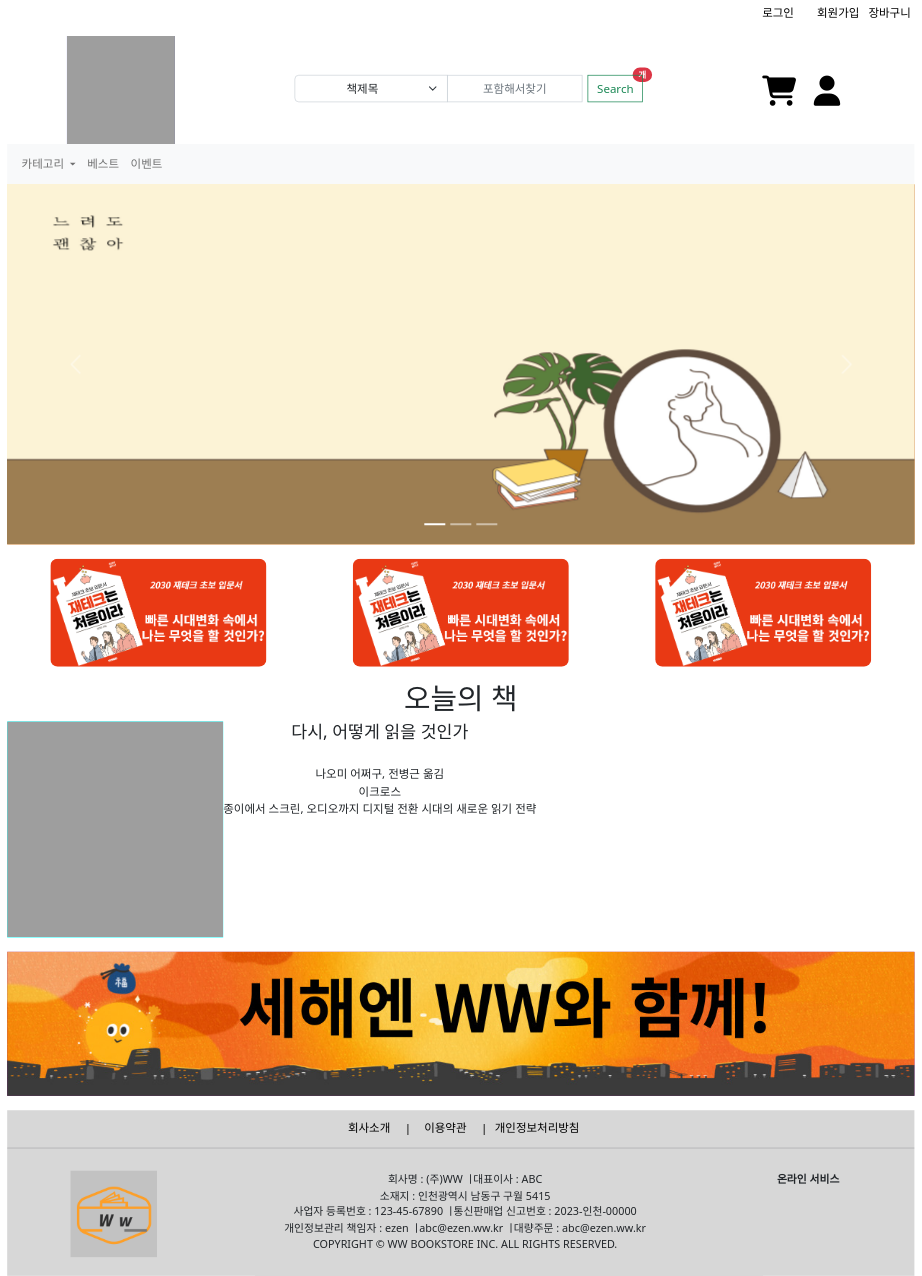
Repository: bongbongi/book1
Page: http://localhost/book/WEB-INF/views/home.jsp
An editor plug-in stored every save of this project. The page is shown before and after the next save, followed by the edit.
The browser window is 1280 px wide. The pictures show the whole page, at 72% of full size.
Pictures or frames that could not be fetched are drawn as grey boxes. Some web libraries are served in a nearby version. The page is served by Tomcat 9. Nobody is signed in. Other server files are loaded and not shown. The template is opened directly, without the code that normally fills it, so the values that code supplies are empty.

Above is the page before, as saved 2023-01-11 08:59:27.

### book/src/main/webapp/WEB-INF/views/home.jsp
<%@ page language="java" contentType="text/html; charset=UTF-8"
	pageEncoding="UTF-8"%>
<%@ taglib uri="http://java.sun.com/jsp/jstl/core" prefix="c"%>
<%@ page import="java.net.URLEncoder"%>
<%@ page import="java.net.URL"%>
<%@ page import="java.net.HttpURLConnection"%>
<%@ page import="java.io.BufferedReader"%>
<%@ page import="java.io.InputStreamReader"%>

<html>
<!-- CSS only -->
<link
	href="https://cdn.jsdelivr.net/npm/bootstrap@5.2.2/dist/css/bootstrap.min.css"
	rel="stylesheet"
	integrity="sha384-Zenh87qX5JnK2Jl0vWa8Ck2rdkQ2Bzep5IDxbcnCeuOxjzrPF/et3URy9Bv1WTRi"
	crossorigin="anonymous">
<!-- JavaScript Bundle with Popper -->
<script
	src="https://cdn.jsdelivr.net/npm/bootstrap@5.2.2/dist/js/bootstrap.bundle.min.js"
	integrity="sha384-OERcA2EqjJCMA+/3y+gxIOqMEjwtxJY7qPCqsdltbNJuaOe923+mo//f6V8Qbsw3"
	crossorigin="anonymous"></script>
<script src="https://kit.fontawesome.com/92e616dfba.js" crossorigin="anonymous"></script>
<meta charset="UTF-8">
<head>
<title>Home</title>
<style>
* {
	text-align: center;
}

.home_main {
	margin:0 auto;
	width: 1260px;
}

body {


}

.slide {
	background-color: peru;
	margin: 0 auto;
	width: 1260px;
	height: 500px;
}

.todayBookImg {
	width: 300px;
	height: 300px;
	background-color: aqua;
}

.todayBookImg>img {
	width: 300px;
	height: 300px;
}

.todayBook {
	margin: 20px 0;
}

.todayBookIntroduce {
	margin: 0 auto;
	display: flex;
}

.Best_item {
	width: 230px;
	height: 310px;
	/* background-color: antiquewhite; */
	display: inline-block;
	vertical-align: top;
	margin-right: 10px;
	margin-bottom: 50px;

	border:1px solid darkgray;
	border-radius: 20px;
}

.img_box {
	width: 220px;
	height: 200px;
	/* background-color: lightgray; */
	margin: 5px;
}
.book_img{
	width: 180px;
	height: 200px;
}
.main_book_header{
	font-size:16px;
}
.main_book_writer{
	font-size:10px;
}

.BestSellerList {
	list-style: none;

	padding:0px;
	/* display: -moz-inline-box; */
}

.BestSellerList:nth-last-child(-n+5) {
	margin-top: 50px;
}

.bestSeller {
	/* display: flex; */

}

.d-block {
	height: 500px;
}
.rank>i{
	margin:5px;
	padding:0;

	text-align: center;
 /* 	text-align: left; */
}
.fa-1{
 font-size:15px;
 	margin-left:8px;
}
.foot-ad{
	background-color: purple;
	height: 200px;
	margin: 20px 0px;
}
.foot-ad>a>img{
	height: 200px;
}
.ad-one{
	margin: 20px 0;
	height: 150px;
	display: flex;
	justify-content: space-around;
}

.ad_mini{
	width: 300px;
	height:150px;
}
.ad_mini>a>img{
	border-radius: 10px;
	width: 300px;
	height:150px;

}
</style>
</head>
<body>
	<jsp:include page="./layout/header.jsp"></jsp:include>


	<div class="home_main">
		<nav class="navbar navbar-expand-lg bg-light">
			<div class="container-fluid">
				<!-- <a class="navbar-brand" href="#">Navbar</a> -->
				<button class="navbar-toggler" type="button"
					data-bs-toggle="collapse" data-bs-target="#navbarSupportedContent"
					aria-controls="navbarSupportedContent" aria-expanded="false"
					aria-label="Toggle navigation">
					<span class="navbar-toggler-icon"></span>
				</button>
				<div class="collapse navbar-collapse" id="navbarSupportedContent">
					<ul class="navbar-nav me-auto mb-2 mb-lg-0">
						<!-- <li class="nav-item">
                <a class="nav-link active" aria-current="page" href="#">이벤트</a>
              </li> -->
						<li class="nav-item dropdown"><a
							class="nav-link dropdown-toggle" href="#" role="button"
							data-bs-toggle="dropdown" aria-expanded="false"> 카테고리 </a>
							<ul class="dropdown-menu">
								<li><a class="dropdown-item" href="/novel">소설</a></li>
								<li><a class="dropdown-item" href="/essay">에세이</a></li>

								<li><hr class="dropdown-divider"></li>
								<li><a class="dropdown-item" href="/problem">문제집</a></li>
							</ul></li>
						<li class="nav-item"><a class="nav-link" href="/">베스트</a></li>
						<li class="nav-item"><a class="nav-link" href="#">이벤트</a></li>
					</ul>
				</div>
			</div>
		</nav>
		<div class="slide">
         <div id="carouselExampleCaptions" class="carousel slide"
            data-bs-ride="false">
            <div class="carousel-indicators">
               <button type="button" data-bs-target="#carouselExampleCaptions"
                  data-bs-slide-to="0" class="active" aria-current="true"
                  aria-label="Slide 1"></button>
               <button type="button" data-bs-target="#carouselExampleCaptions"
                  data-bs-slide-to="1" aria-label="Slide 2"></button>
               <button type="button" data-bs-target="#carouselExampleCaptions"
                  data-bs-slide-to="2" aria-label="Slide 3"></button>
            </div>
            <div class="carousel-inner">
               <div class="carousel-item active">
                  <img
                     src="../resources/img/main-slide-ad1.jpg"
                     class="d-block w-100" alt="...">
               </div>
               <div class="carousel-item">
                  <img
                     src="../resources/img/main-slide-ad2.jpg"
                     class="d-block w-100" alt="...">
               </div>
               <div class="carousel-item">
                  <img
                     src="../resources/img/main-slide-ad3.jpg"
                     class="d-block w-100" alt="...">
               </div>
            </div>
            <button class="carousel-control-prev" type="button"
               data-bs-target="#carouselExampleCaptions" data-bs-slide="prev">
               <span class="carousel-control-prev-icon" aria-hidden="true"></span>
               <span class="visually-hidden">Previous</span>
            </button>
            <button class="carousel-control-next" type="button"
               data-bs-target="#carouselExampleCaptions" data-bs-slide="next">
               <span class="carousel-control-next-icon" aria-hidden="true"></span>
               <span class="visually-hidden">Next</span>
            </button>
         </div>
      </div>

      <div class="ad-one">
         <div class="ad_mini">
            <a href="#">
               <img src="../resources/img/mini-ad1.jpg">
            </a>
         </div>
         <div class="ad_mini">
            <a href="#">
               <img src="../resources/img/mini-ad1.jpg">
            </a>
         </div>
         <div class="ad_mini">
            <a href="#">
               <img src="../resources/img/mini-ad1.jpg">
            </a>
         </div>
      </div>
      <c:choose>
      <c:when test="${content eq 'main'}">
      <div class="hidden">
      <h1>베스트 셀러</h1>
      <div class="BestSeller">
         <ul class="BestSellerList">
         <c:forEach items="${book_list}" var="list" begin="1" end="10">
            <li class="Best_item">
               <div class="rank">
                  <i class="fa-solid fa-1"></i>
               </div>
               <div class="img_box">
                  <a href="#">
                     <img class="book_img" src="${list.book_image}">
                  </a>
               </div>
               <div class="info_box">
                  <span class="main_book_header">${list.book_title}</span>
                  <Br>
                  <span class="main_book_writer">${list.book_writer} : ${list.book_publisher}</span>
               </div>
            </li>
         </c:forEach>
         </ul>
      </div>
      </div>
      </c:when>

      <c:when test="${content eq 'novel'}">

      <div class="hidden">
      <h1>소설 top10</h1>
      <div class="BestSeller">
         <ul class="BestSellerList">
         <c:forEach items="${book_list}" var="list" begin="1" end="10">
            <li class="Best_item">
               <div class="rank">
                  <i class="fa-solid fa-1"></i>
               </div>
               <div class="img_box">
                  <a href="#">
                     <img class="book_img" src="${list.book_image}">
                  </a>
               </div>
               <div class="info_box">
                  <span class="main_book_header">${list.book_title}</span>
                  <Br>
                  <span class="main_book_writer">${list.book_writer} : ${list.book_publisher}</span>
               </div>
            </li>
         </c:forEach>

         </ul>


      </div>
      </div>

      </c:when>
      <c:when test="${content eq 'essay'}">

      <div class="hidden">
      <h1>essay top10</h1>
      <div class="BestSeller">
         <ul class="BestSellerList">
         <c:forEach items="${book_list}" var="list" begin="1" end="10">
            <li class="Best_item">
               <div class="rank">
                  <i class="fa-solid fa-1"></i>
               </div>
               <div class="img_box">
                  <a href="#">
                     <img class="book_img" src="${list.book_image}">
                  </a>
               </div>
               <div class="info_box">
                  <span class="main_book_header">${list.book_title}</span>
                  <Br>
                  <span class="main_book_writer">${list.book_writer} : ${list.book_publisher}</span>
               </div>
            </li>
         </c:forEach>

         </ul>


      </div>
      </div>

      </c:when>
      <c:when test="${content eq 'problem'}">

      <div class="hidden">
      <h1>문제집 top10</h1>
      <div class="BestSeller">
         <ul class="BestSellerList">
         <c:forEach items="${book_list}" var="list" begin="1" end="10">
            <li class="Best_item">
               <div class="rank">
                  <i class="fa-solid fa-1"></i>
               </div>
               <div class="img_box">
                  <a href="#">
                     <img class="book_img" src="${list.book_image}">
                  </a>
               </div>
               <div class="info_box">
                  <span class="main_book_header">${list.book_title}</span>
                  <Br>
                  <span class="main_book_writer">${list.book_writer} : ${list.book_publisher}</span>
               </div>
            </li>
         </c:forEach>
      </div>

         </ul>


      </div>

      </c:when>

      </c:choose>
      <div class="todayBook">
         <h1>오늘의 책</h1>
         <div class="todayBookIntroduce">
            <div class="todayBookImg">
               <img
                  src="https://contents.kyobobook.co.kr/sih/fit-in/458x0/pdt/9791167740847.jpg">
            </div>
            <div>
               <h4>다시, 어떻게 읽을 것인가</h4><br>
               <span>나오미 어쩌구, 전병근 옮김</span><br>
               <span>이크로스</span><br>
               <span>
                  종이에서 스크린, 오디오까지 디지털 전환 시대의 새로운 읽기 전략
               </span><br>

            </div>
         </div>
      </div>
      <!-- 광고 -->
      <div class="foot-ad">
         <a href="#">
            <img src="../resources/img/newYearAD.jpg">
         </a>
      </div>
   </div>
   <jsp:include page="./layout/footer.jsp"></jsp:include>
</body>
</html>

### book/src/main/webapp/WEB-INF/views/layout/header.jsp
<%@ page language="java" contentType="text/html; charset=UTF-8" pageEncoding="UTF-8"%>
<%@ taglib uri="http://java.sun.com/jsp/jstl/core" prefix="c"%>
<link href="https://cdn.jsdelivr.net/npm/bootstrap@5.2.2/dist/css/bootstrap.min.css" rel="stylesheet" integrity="sha384-Zenh87qX5JnK2Jl0vWa8Ck2rdkQ2Bzep5IDxbcnCeuOxjzrPF/et3URy9Bv1WTRi" crossorigin="anonymous">
<script src="https://kit.fontawesome.com/92e616dfba.js" crossorigin="anonymous"></script>
<meta charset="UTF-8">
<!DOCTYPE html>
<html>
<head>
<style>
.header {
   margin: 0 auto;
   width: 1260px;
   height: 200px;
}

.menu {
   display: flex;
   justify-content: flex-end;
   padding: 5px;
}

.logo {
   width: 150px;
   height: 150px;
   background-color: blue;
}

.logo>a>img {
   width: 150px;
   height: 150px;
}

.searchBar {
   /* position:absolute; */
   width: 484px;
   height: 42px;
   /* background-color: gold; */
   margin-top: 54px;
   border-radius: 30px;
}

.bar {
   height: 150px;
   display: flex;
   flex-direction: row;
   flex-wrap: nowrap;
   justify-content: space-around;
   /*    align-items: baseline; */
}

.icons>a>i {
   font-size: 42px;
   color: black;
   margin-top: 54px;
   margin-right: 20px;
}
</style>
</head>
<body>
   <div class="header">
      <div class="menu">
         <c:if test="${ses.mem_id ==null}">
            <ul>
               <a href="/mem/loginPage">로그인</a>
            </ul>
            <ul>
               <a href="/mem/joinPage">회원가입</a>
            </ul>
         </c:if>
         <c:if test="${ses.mem_auth == '0' }">
            <ul>
               <a href="/mem/logOut">로그아웃</a>
            </ul>
            <ul>
               <a href="/mem/adminPage">관리인페이지</a>
            </ul>
         </c:if>
         <c:if test="${ses.mem_id !=null && ses.mem_auth !='0' }">
            <ul>
               <a href="/mem/logOut">로그아웃</a>
            </ul>
            <ul>
               <a href="/mem/mypage">마이페이지</a>
            </ul>
         </c:if>
         <%-- <ul>
            <a href="/cart/cartdetail?mem_num=${ses.mem_num}">장바구니</a>
         </ul> --%>
         <c:if test="${ses.mem_id !=null}">
         <ul>
            <a href="/cart/cartdetail?mem_num=${ses.mem_num}">장바구니</a>
         </ul>
         </c:if>
         <c:if test="${ses.mem_id == null}">
               <a href="/mem/loginPage" onclick="gologin(event)">&nbsp&nbsp&nbsp장바구니</a>
         </c:if>
      </div>
      <div class="bar">
         <div class="logo">
            <a href="/"><img src="/resources/img/logo.jpg" alt="로고"></a>
         </div>
         <div class="searchBar">
            <form action="/book/search" class="d-flex" role="search" method="get">
               <div class="input-group mb-3">
                  <!-- 값을 별도 저장 -->
                  <c:set value="${pgh.pgvo.type}" var="typed" />
                  <select class="form-select" name="type">
                     <option value="t" ${typed eq 't' ? 'selected' :'' }>책제목</option>
                     <option value="c" ${typed eq 'c' ? 'selected' :'' }>작가이름</option>
                     <option value="w" ${typed eq 'w' ? 'selected' :'' }>출판사</option>
                  </select> <input class="form-control me-2" type="text" name="keyword" placeholder="포함해서찾기"> <input type="hidden" name="pageNo" value="1"> <input type="hidden" name="qty" value="10">
                  <button class="btn btn-outline-success" type="submit">Search</button>
                  <span class="position-absolute top-0 start-100 translate-middle badge rounded-pill bg-danger"> ${pgh.totalCount}개 <span class="visually-hidden">unread messages</span>
                  </span>
               </div>
            </form>
         </div>
         <div class="icons">
            <!-- 로그인 되었을때 -->
            <c:if test="${ses.mem_id !=null}">
            <a href="/cart/cartdetail?mem_num=${ses.mem_num}">
               <i class="fa-solid fa-cart-shopping"></i>
            </a>
            </c:if>
            <!-- 로그인 안되었을때 -->
            <c:if test="${ses.mem_id == null}">
            <a href="/mem/loginPage" onclick="gologin(event)">
               <i class="fa-solid fa-cart-shopping"></i>
            </a>
            </c:if>

            <c:if test="${ses.mem_auth == '0' }">
               <a href="/mem/adminPage">
                  <i class="fa-solid fa-user"></i>
               </a>
            </c:if>
            <c:if test="${ses.mem_auth != '0' }">
               <a href="/mem/mypage">
                  <i class="fa-solid fa-user"></i>
               </a>
            </c:if>

         </div>
      </div>
   </div>

   <script type="text/javascript">
      function gologin(event) {
         alert("로그인이 필요합니다!");
      }
      </script>
</body>
</html>

### book/src/main/webapp/WEB-INF/views/layout/footer.jsp
<%@ page language="java" contentType="text/html; charset=UTF-8"
   pageEncoding="UTF-8"%>
   <%@ taglib uri="http://java.sun.com/jsp/jstl/core" prefix="c"%>
<!DOCTYPE html>
<html>
<head>
<meta charset="UTF-8">
<title>Insert title here</title>
<style>
.footer {
   width: 1260px;
   height: 230px;
   background-color: rgba(175, 175, 175, 0.5);
   margin: 0 auto;
}

.footer-logo {

   width: 120px;
   height: 120px;
   background-color: beige;
}
.footer-logo>img{
   width: 120px;
   height: 120px;
}

.address-box {
   text-align: left;
   padding: 0;
   margin: 0;
}

.address {
   padding: 15px;
   height: 150px;
   display: flex;
   font-size: 15px;
   /* align-items: baseline; */
   flex-direction: row;
   flex-wrap: nowrap;
   justify-content: space-around;
}

ul {
   list-style: none;
}

.footer, .address li {

}

.footer-top {
   text-align: center;
   padding-top: 12px;
}

.footer-top>ul {
   margin: 0;
   padding: 0;
   display: flex;
   justify-content: center;
}

.footer-top>li {
   margin: 0;
   padding: 0;
}

a {
   text-decoration-line: none;
   color: black;
}

a:visited {
   text-decoration: none;
}

a:hover {
   text-decoration: none;
}

a:focus {
   text-decoration: none;
}

a:hover, a:active {
   text-decoration: none;
}

.online-serviceBar {
   padding: 0px;
   margin-left: 20px;
   width: 120px;
   height: 120px;
}

.online-serviceBar>ul {
   margin: 0px;
   padding: 0px;
}

</style>

</head>

<body>
   <div class="footer">
      <div class="footer-top">
         <ul>
            <li><a href="/introduce">회사소개 　|　 </a></li>
            <li><a href="/tos">이용약관 　| 　</a></li>
            <li><a href="/pp">개인정보처리방침</a></li>
         </ul>
      </div>
      <hr>
      <div class="address">
         <div class="footer-logo">
            <img src="../resources/img/logo2.png" alt="로고">
         </div>
         <div class="address-box">
            <ul>
               <li>회사명 : (주)WW <span style="margin-right: -7px;">ㅣ</span>
                  대표이사 : ABC
               </li>

               <li>소재지 : 인천광역시 남동구 구월 5415</li>
               <li>사업자 등록번호 : 123-45-67890 <span style="margin-right: -7px;">ㅣ</span>
                  통신판매업 신고번호 : 2023-인천-00000
               </li>

               <li>개인정보관리 책임자 : ezen <span style="margin-right: -7px;">ㅣ</span>
                  abc@ezen.ww.kr <span style="margin-right: -7px;">ㅣ</span> 대량주문 :
                  abc@ezen.ww.kr
               </li>

               <li>COPYRIGHT © WW BOOKSTORE INC. ALL RIGHTS RESERVED.</li>

            </ul>

         </div>
         <div class="online-serviceBar">
            <strong>온라인 서비스</strong>
            <c:if test="${ses.mem_auth eq 1}">
            <ul>
               <li><a href="/mem/mypage">마이페이지</a></li>
               <li><a href="/ntc/noticeOnly">공지사항</a></li>
               <li><a href="/board/list">1대1문의</a></li>
               <li><a href="/faq/faqListOnly">FAQ</a></li>
            </ul>
            </c:if>
            <c:if test="${ses.mem_auth eq 0}">
            <ul>
               <li><a href="/" onclick="gologin(event)">마이페이지</a></li>
               <li><a href="/ntc/noticeOnly">공지사항</a></li>
               <li><a href="/" onclick="gologin(event)">1대1문의</a></li>
               <li><a href="/faq/faqListOnly">FAQ</a></li>
            </ul>

            </c:if>
         </div>
      </div>
   </div>

   <script type="text/javascript">

   function gologin(event) {
      alert("일반회원 영역입니다")
   }



   </script>

</body>
</html>

After the next save:
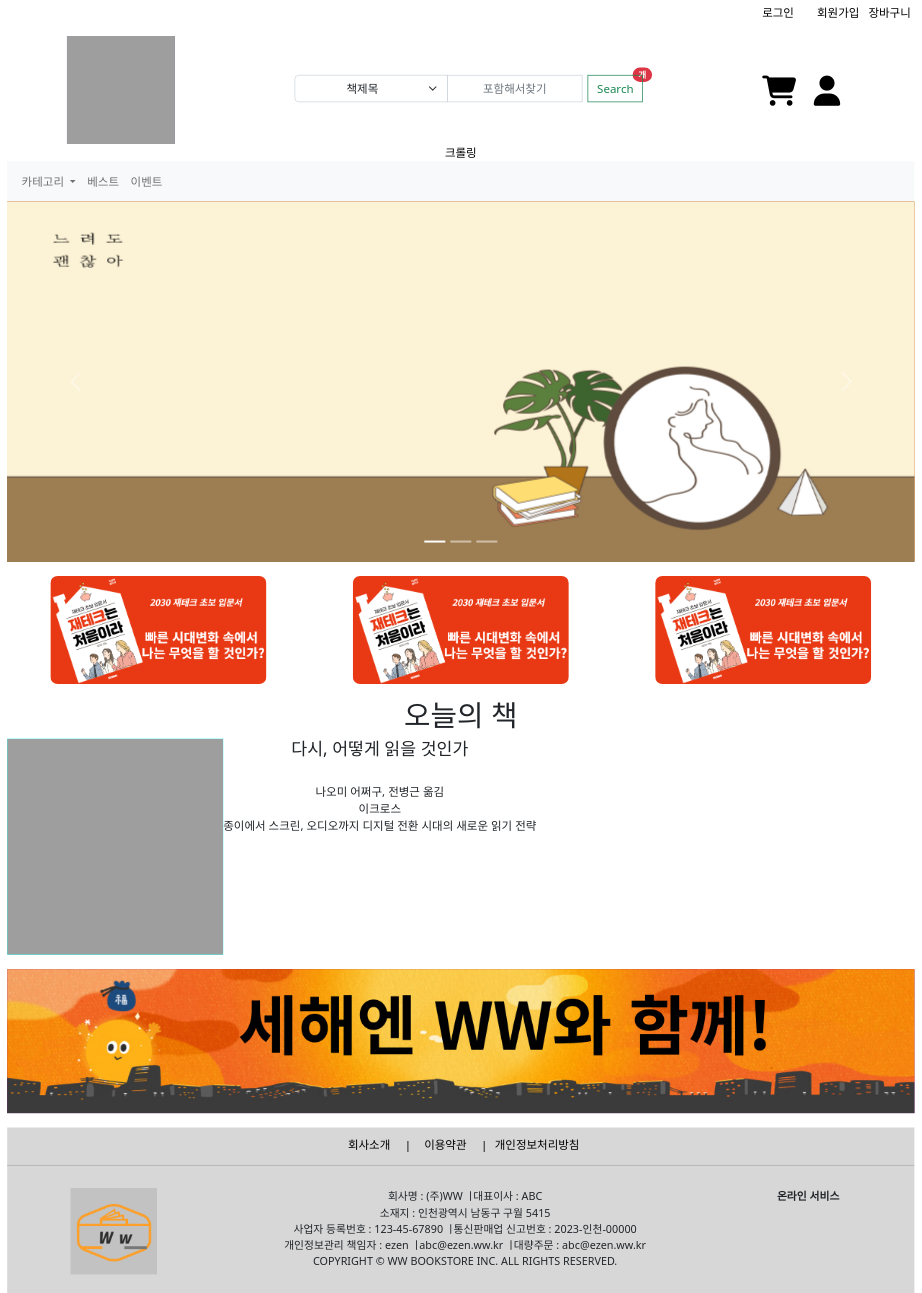
Saved 22 h 54 min later.
--- a/book/src/main/webapp/WEB-INF/views/home.jsp
+++ b/book/src/main/webapp/WEB-INF/views/home.jsp
@@ -155,7 +155,7 @@ body {
 <body>
 	<jsp:include page="./layout/header.jsp"></jsp:include>
 
-
+	<a href="/c">크롤링</a>
 	<div class="home_main">
 		<nav class="navbar navbar-expand-lg bg-light">
 			<div class="container-fluid">
